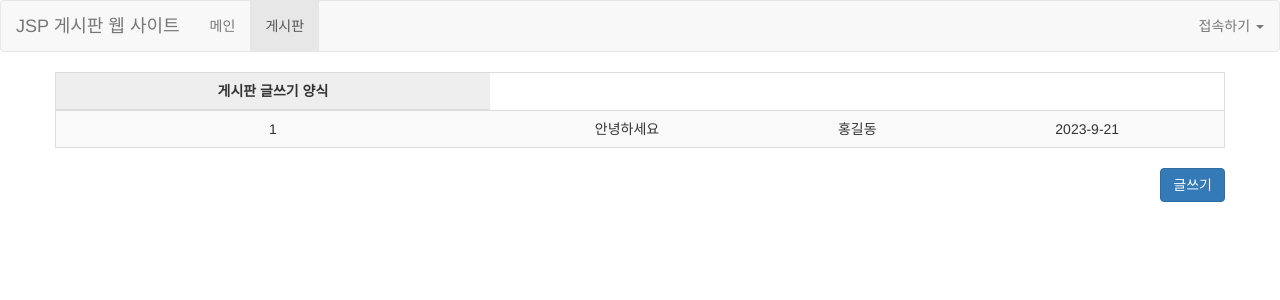
Repository: TheChok/BbsClone
Page: http://localhost/BBS/write.jsp
An editor plug-in stored every save of this project. The page is shown before and after the next save, followed by the edit.
The browser window is 1280 px wide. The pictures show the whole page.
Some web libraries are served in a nearby version. The page is served by Tomcat 9.

Above is the page before, as saved 2023-09-21 12:00:22.

After the next save:
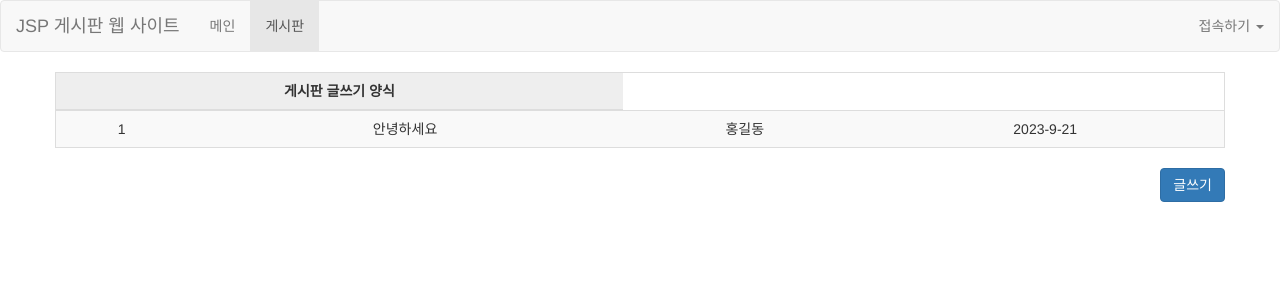
Saved 15 s later.
--- a/BBS/src/main/webapp/write.jsp
+++ b/BBS/src/main/webapp/write.jsp
@@ -79,7 +79,7 @@
 			<table class="table table-striped" style="text-align:center; border:1px solid #dddddd">
 				<thead>
 					<tr>
-						<th style="background-color:#eeeeee; text-align:center;">게시판 글쓰기 양식</th>
+						<th colspan="2" style="background-color:#eeeeee; text-align:center;">게시판 글쓰기 양식</th>
 					</tr>
 				</thead>
 				<tbody>
